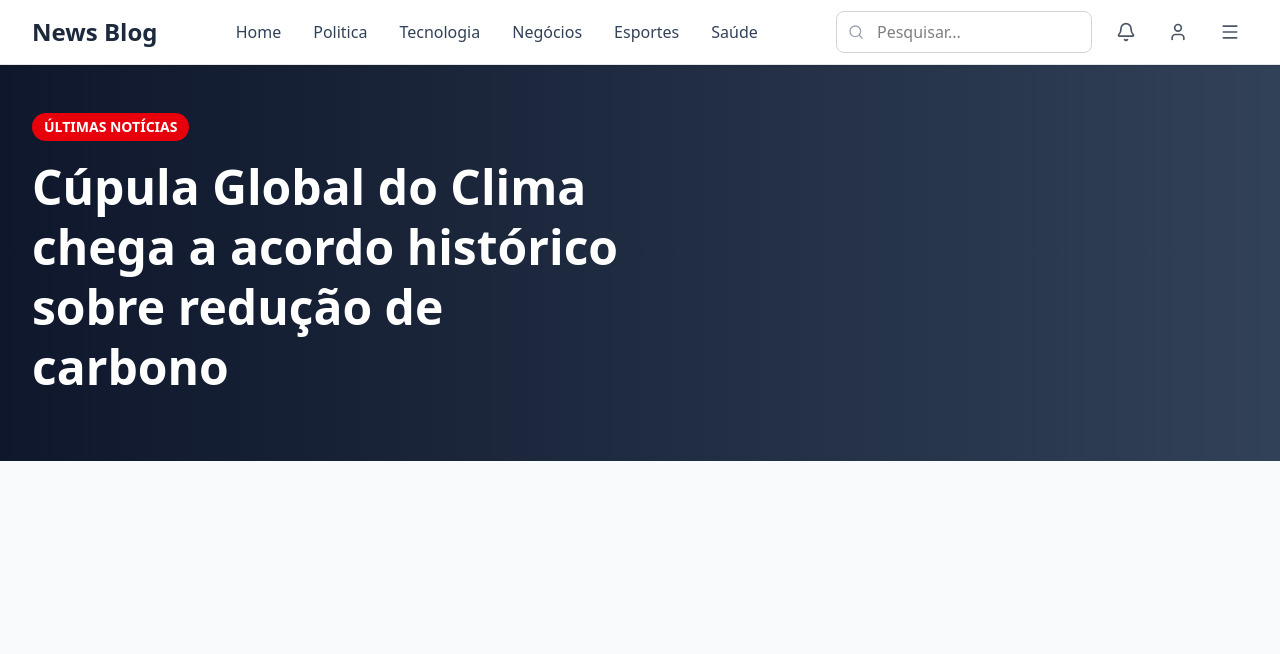
Repository: estevam02009/news-blog
Page: /
An editor plug-in stored every save of this project. The page is shown before and after the next save, followed by the edit.
The browser window is 1280 px wide. The pictures show the whole page.
The project was rebuilt for these pictures with package versions that can differ from the ones it lists, and the page was loaded fresh each time. Also part of the build but not shown: vite.config.ts.

Above is the page before, as saved 2025-08-08 18:32:25.

### index.html
<!doctype html>
<html lang="pt-BR">
  <head>
    <meta charset="UTF-8" />
    <link rel="icon" type="image/svg+xml" href="/vite.svg" />
    <meta name="viewport" content="width=device-width, initial-scale=1.0" />
    <title>News Blog</title>
  </head>
  <body>
    <div id="root"></div>
    <script type="module" src="/src/main.tsx"></script>
  </body>
</html>

### src/App.tsx
import Header from "./components/Header"
import Hero from "./components/Hero"

function App() {

  return (
    <div className="min-h-screen bg-gray-50">
      <Header />
      <Hero />
    </div>
  )
}

export default App

### src/components/Header.tsx
import React from 'react'
import { Search, Menu, Bell, User } from 'lucide-react'

const Header: React.FC = () => {
    return (
        <header className='bg-white shadow-sm border-b border-gray-200 sticky top-0 z-50'>
            <div className='max-w-7xl mx-auto px-4 sm:px-6 lg:px-8'>
                <div className='flex items-center justify-between h-16'>
                    {/* LOGO */}
                    <div className='flex items-center'>
                        <h1 className='text-2xl font-bold text-slate-800'>News Blog</h1>
                    </div>

                    {/* Desktop Navigation */}
                    <nav className='hidden md:flex items-center space-x-8'>
                        <a href='/' className='text-slate-700 hover:text-blue-600 font-medium transition-colors'>Home</a>
                        <a href='#' className='text-slate-700 hover:text-blue-600 font-medium transition-colors'>Politica</a>
                        <a href='#' className='text-slate-700 hover:text-blue-600 font-medium transition-colors'>Tecnologia</a>
                        <a href='#' className='text-slate-700 hover:text-blue-600 font-medium transition-colors'>Negócios</a>
                        <a href='#' className='text-slate-700 hover:text-blue-600 font-medium transition-colors'>Esportes</a>
                        <a href='#' className='text-slate-700 hover:text-blue-600 font-medium transition-colors'>Saúde</a>
                    </nav>

                    {/* Pesquisa e Ações */}
                    <div className='flex items-center space-x-4'>
                        <div className='relative hidden sm:block'>
                            <Search className='absolute top-1/2 left-3 transform -translate-y-1/2  h-4 w-4 text-gray-400' />
                            <input
                                type='text'
                                placeholder='Pesquisar...'
                                className='pl-10 pr-4 py-2 border border-gray-300 rounded-lg focus:ring-2 focus:ring-blue-500 focus:border-transparent w-64'
                            />
                        </div>
                        <button className='p-2 text-gray-600 hover:text-blue-600 transition-colors'>
                            <Bell className='h-5 w-5' />
                        </button>
                        <button className='p-2 text-gray-600 hover:text-blue-600 transition-colors'>
                            <User className='h-5 w-5' />
                        </button>
                        <button className='p-2 text-gray-600 hover:text-blue-600 transition-colors'>
                            <Menu className='h-5 w-5' />
                        </button>
                    </div>
                </div>
            </div>
        </header>
    )
}

export default Header

### src/components/Hero.tsx
import React from "react";
// import { Clock, User } from "lucide-react";

const Hero: React.FC = () => {
    return (
        <section className="bg-gradient-to-r from-slate-900 to-slate-700 text-white py-12">
            <div className="max-w-7xl mx-auto px-4 sm:px-6 lg:px-8">
                <div className="grid grid-cols-1 lg:grid-cols-2 gap-8 items-center">
                    <div>
                        <span className="inline-block bg-red-600 text-white px-3 py-1 text-sm font-semibold rounded-full mb-4">
                            ÚLTIMAS NOTÍCIAS
                        </span>
                        <h1 className="text-4xl lg:text-5xl font-bold mb-4 leading-tight">
                            Cúpula Global do Clima chega a acordo histórico sobre redução de carbono
                        </h1>
                    </div>
                </div>
            </div>
        </section>
    );
};

export default Hero;

Loaded but not shown: src/main.tsx (common file); src/index.css (common file)

After the next save:
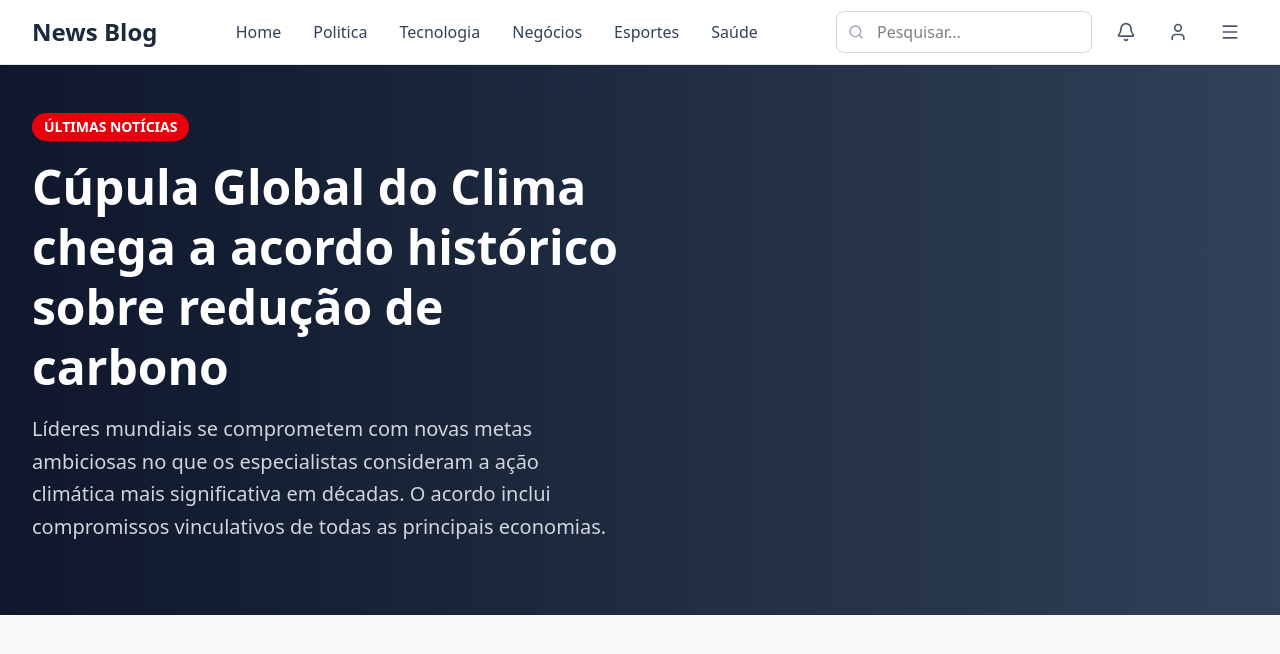
Saved 82 s later.
--- a/src/components/Hero.tsx
+++ b/src/components/Hero.tsx
@@ -13,6 +13,9 @@ const Hero: React.FC = () => {
                         <h1 className="text-4xl lg:text-5xl font-bold mb-4 leading-tight">
                             Cúpula Global do Clima chega a acordo histórico sobre redução de carbono
                         </h1>
+                        <p className="text-xl text-gray-300 mb-6 leading-relaxed">
+                            Líderes mundiais se comprometem com novas metas ambiciosas no que os especialistas consideram a ação climática mais significativa em décadas. O acordo inclui compromissos vinculativos de todas as principais economias.
+                        </p>
                     </div>
                 </div>
             </div>
